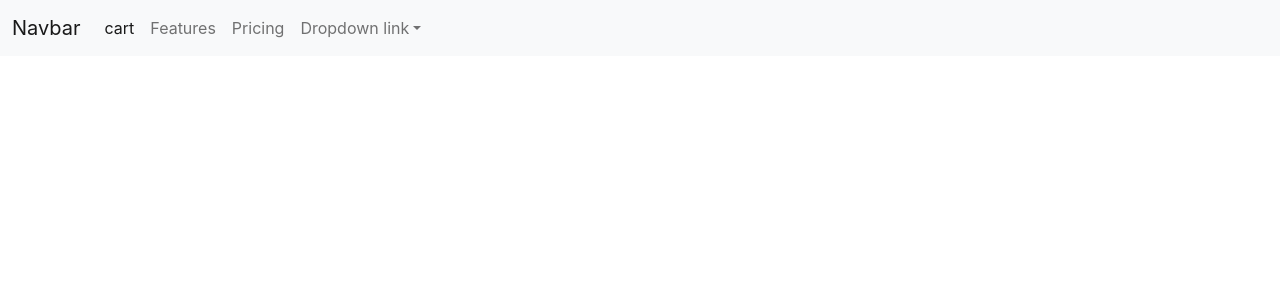
Repository: lausuarez02/eCommerceFull
Page: / (app in frontEnd/front/)
An editor plug-in stored every save of this project. The page is shown before and after a run of saves, followed by the edit.
The browser window is 1280 px wide. The pictures show the whole page.
The project was rebuilt for these pictures with package versions that can differ from the ones it lists, and the page was loaded fresh each time. Also part of the build but not shown: frontEnd/front/src/App.css, frontEnd/front/src/components/HomeScreen.js, frontEnd/front/src/components/Product.js, frontEnd/front/src/components/Card.js.

Above is the page before, as saved 2021-07-15 16:39:24.

### frontEnd/front/public/index.html
<!DOCTYPE html>
<html lang="en">
  <head>
    <meta charset="utf-8" />
    <link rel="icon" href="%PUBLIC_URL%/favicon.ico" />
    <meta name="viewport" content="width=device-width, initial-scale=1" />
    <meta name="theme-color" content="#000000" />
    <meta
      name="description"
      content="Web site created using create-react-app"
    />
    <link rel="apple-touch-icon" href="%PUBLIC_URL%/logo192.png" />
    <!-- CSS only -->
<link href="https://cdn.jsdelivr.net/npm/bootstrap@5.0.2/dist/css/bootstrap.min.css" rel="stylesheet" integrity="sha384-EVSTQN3/azprG1Anm3QDgpJLIm9Nao0Yz1ztcQTwFspd3yD65VohhpuuCOmLASjC" crossorigin="anonymous">
<!-- JavaScript Bundle with Popper -->
<script src="https://cdn.jsdelivr.net/npm/bootstrap@5.0.2/dist/js/bootstrap.bundle.min.js" integrity="sha384-MrcW6ZMFYlzcLA8Nl+NtUVF0sA7MsXsP1UyJoMp4YLEuNSfAP+JcXn/tWtIaxVXM" crossorigin="anonymous"></script>

    <!--
      manifest.json provides metadata used when your web app is installed on a
      user's mobile device or desktop. See https://developers.google.com/web/fundamentals/web-app-manifest/
    -->
    <link rel="manifest" href="%PUBLIC_URL%/manifest.json" />
    <!--
      Notice the use of %PUBLIC_URL% in the tags above.
      It will be replaced with the URL of the `public` folder during the build.
      Only files inside the `public` folder can be referenced from the HTML.

      Unlike "/favicon.ico" or "favicon.ico", "%PUBLIC_URL%/favicon.ico" will
      work correctly both with client-side routing and a non-root public URL.
      Learn how to configure a non-root public URL by running `npm run build`.
    -->
    <title>React App</title>
  </head>
  <body>
    <noscript>You need to enable JavaScript to run this app.</noscript>
    <div id="root"></div>
    <!--
      This HTML file is a template.
      If you open it directly in the browser, you will see an empty page.

      You can add webfonts, meta tags, or analytics to this file.
      The build step will place the bundled scripts into the <body> tag.

      To begin the development, run `npm start` or `yarn start`.
      To create a production bundle, use `npm run build` or `yarn build`.
    -->
  </body>
</html>

### frontEnd/front/src/App.js

import './App.css';

import {HashRouter as Router, Switch, Route} from "react-router-dom"

//components
import NavBar from "./components/navBar";
import HomeScreen from "./components/HomeScreen";
import Product from "./components/Product";
import Card from "./components/Card";

function App() {
  return (
    <Router>
    <Switch>
      <Route exact path="/" component={NavBar}/>
      <Route exact path="/HomeScreen" component={HomeScreen}/>
      <Route exact path="/Card" component={Card}/>
      <Route exact path="/Card" component={Card}/>

    </Switch>

     {/*HomeScreen */}
       {/*ProductScreen */}
         {/*CardScreen */}
 </Router>
  );
}

export default App;

### frontEnd/front/src/components/navBar.js
import React from "react";
import {Link} from "react-router-dom"

const NavBar = () => {
    return(
        <div>
            <nav class="navbar navbar-expand-lg navbar-light bg-light">
  <div class="container-fluid">
    <a class="navbar-brand" href="#">Navbar</a>
    <button class="navbar-toggler" type="button" data-bs-toggle="collapse" data-bs-target="#navbarNavDropdown" aria-controls="navbarNavDropdown" aria-expanded="false" aria-label="Toggle navigation">
      <span class="navbar-toggler-icon"></span>
    </button>
    <div class="collapse navbar-collapse" id="navbarNavDropdown">
      <ul class="navbar-nav">
        <li class="nav-item">
          <Link to="/cart" class="nav-link active" aria-current="page">

              cart
          <span className=""></span>
          </Link>
        </li>
        <li class="nav-item">
          <a class="nav-link" href="#">Features</a>
        </li>
        <li class="nav-item">
          <a class="nav-link" href="#">Pricing</a>
        </li>
        <li class="nav-item dropdown">
          <a class="nav-link dropdown-toggle" href="#" id="navbarDropdownMenuLink" role="button" data-bs-toggle="dropdown" aria-expanded="false">
            Dropdown link
          </a>

        </li>
      </ul>
    </div>
  </div>
</nav>
        </div>
    )
}

export default NavBar;

Loaded but not shown: frontEnd/front/src/index.js (common file); frontEnd/front/src/index.css (common file); frontEnd/front/src/reportWebVitals.js (common file)

After the next 3 saves:
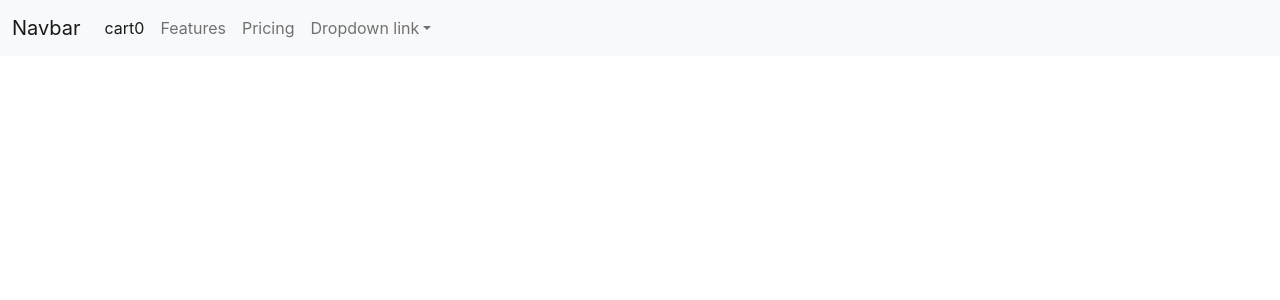
The 3 saves are shown as one change because they came seconds apart.
The last was saved 10 s later.
--- a/frontEnd/front/src/components/navBar.js
+++ b/frontEnd/front/src/components/navBar.js
@@ -16,7 +16,7 @@ const NavBar = () => {
           <Link to="/cart" class="nav-link active" aria-current="page">
 
               cart
-          <span className=""></span>
+          <span className="cartLogo_badge">0</span>
           </Link>
         </li>
         <li class="nav-item">
